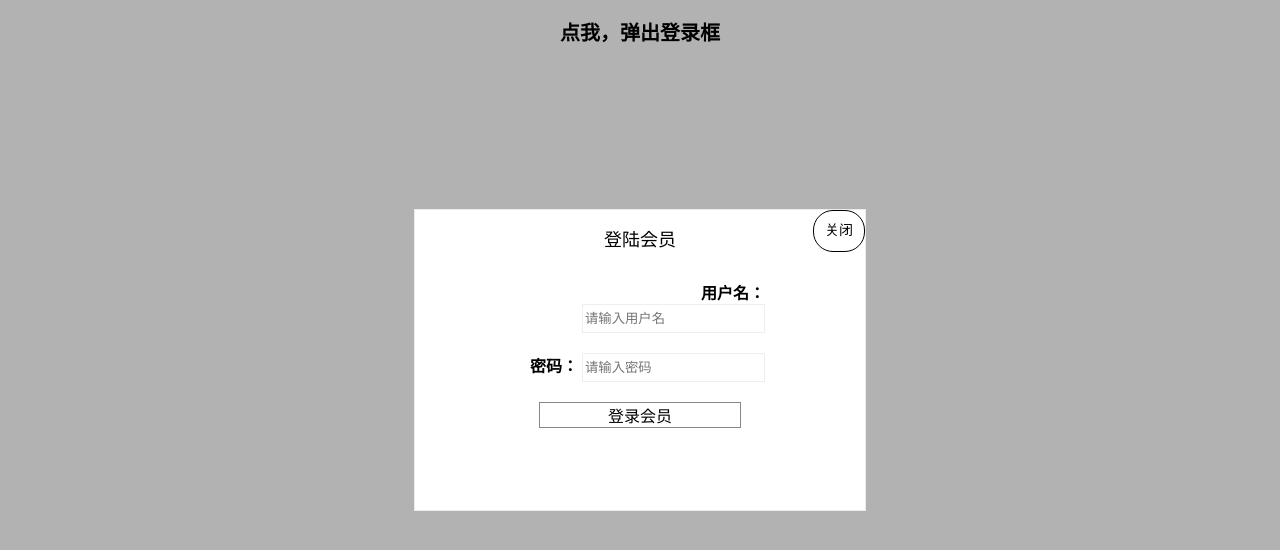
Repository: szl156/class
Page: review/javascript/test/test.html
An editor plug-in stored every save of this project. The page is shown before and after the next save, followed by the edit.
The browser window is 1280 px wide. The pictures show the whole page.

Above is the page before, as saved 2022-07-25 17:15:50.

### review/javascript/test/test.html
<!DOCTYPE html>
<html lang="en">

<head>
    <meta charset="UTF-8">
    <meta http-equiv="X-UA-Compatible" content="IE=edge">
    <meta name="viewport" content="width=device-width, initial-scale=1.0">
    <title>拟态框实现</title>
    <style>
        .login-header {
            text-align: center;
            height: 50px;
            line-height: 50px;
            font-size: 20px;
            font-weight: 800;
        }

        #link {
            text-decoration: none;
            color: black;
        }

        .login {
            position: fixed;
            border: #ebebeb solid 1px;
            width: 450px;
            height: 300px;
            background-color: white;
            left: 50%;
            top: 50%;
            transform: translate(-50%, -50%);
            z-index: 999;
        }

        .login-title {
            position: relative;
            width: 100%;
            margin: 10px 0 0 0;
            text-align: center;
            line-height: 40px;
            height: 40px;
            font-size: 18px;
        }

        span a {
            text-decoration: none;
            color: black;
            position: absolute;
            right: 0;
            top: -10px;
            display: block;
            width: 50px;
            border: black solid 1px;
            border-radius: 20px;
            font-size: 14px;
        }

        .login-input {
            text-align: right;
            margin: 20px 100px;
            font-weight: 800;
        }

        .login-input input {
            border: solid 1px #eeeeee;
            line-height: 25px;
            outline: none;
        }

        .login-button {
            position: fixed;
            left: 50%;
            transform: translate(-50%);
            text-align: center;
            width: 200px;
            border: 1px solid #888888;
        }

        .login-button a {
            text-decoration: none;
            color: black;
            font-weight: 400;
        }

        .login-bg {
            width: 100%;
            height: 100%;
            position: fixed;
            top: 0;
            left: 0;
            background-color: rgba(0, 0, 0, .3)
        }
    </style>
</head>

<body>
    <div class="login-header">
        <a href="javascript:;" id="link">点我，弹出登录框</a>
    </div>
    <div class="login" id="login">
        <div id="title" class="login-title">登陆会员
            <span><a href="javascript:;" id="closeBtn" class="close-login">关闭</a></span>
        </div>
        <div class="login-input-content">
            <div class="login-input">
                <label for="uname">用户名：</label>
                <input type="text" id="uname" name="info[username]" placeholder="请输入用户名">
            </div>
            <div class="login-input">
                <label>密码：</label>
                <input type="password" name="psw" id="psw" placeholder="请输入密码">
            </div>
            <div id="loginBtn" class="login-button"><a href="javascript:;">登录会员</a></div>
        </div>
    </div>
    <div class="login-bg" id="bg"></div>
    <script>
        let close_btn = document.querySelector('.close-login')
        let login = document.querySelector('.login')
        let bg = document.querySelector('.login-bg')
        let denglu = document.querySelector('#link')
        denglu.addEventListener('click', function() {
            login.style.display = 'block'
            bg.style.display = 'block'
        })
        close_btn.addEventListener('click', function() {
            login.style.display = 'none'
            bg.style.display = 'none'
        })
    </script>
</body>

</html>

After the next save:
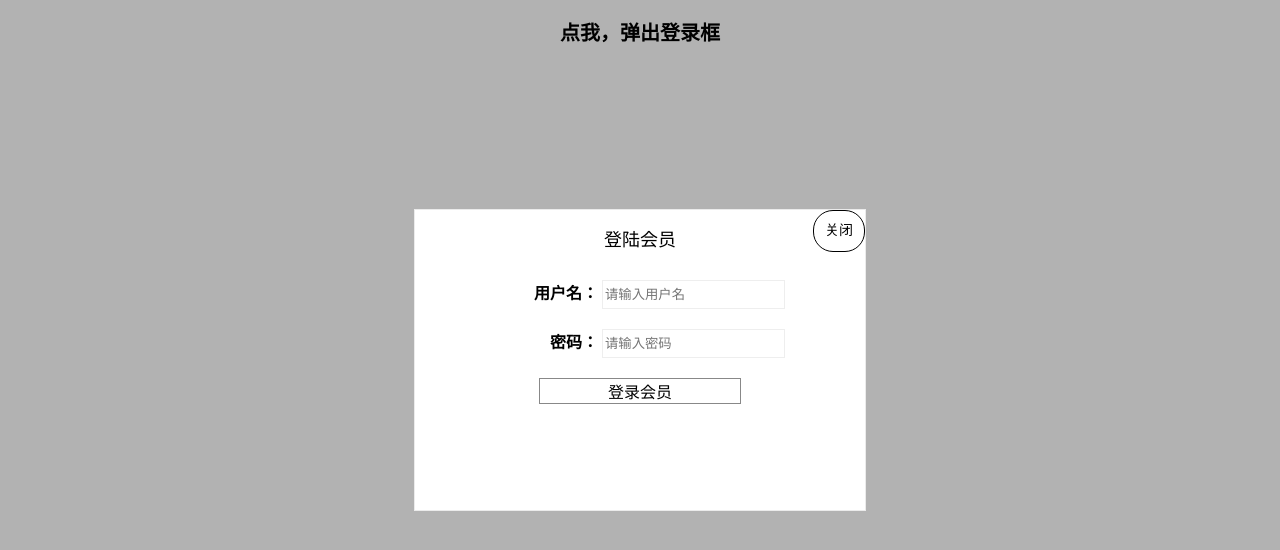
Saved 25 s later.
--- a/review/javascript/test/test.html
+++ b/review/javascript/test/test.html
@@ -57,7 +57,7 @@
 
         .login-input {
             text-align: right;
-            margin: 20px 100px;
+            margin: 20px 80px;
             font-weight: 800;
         }
 
